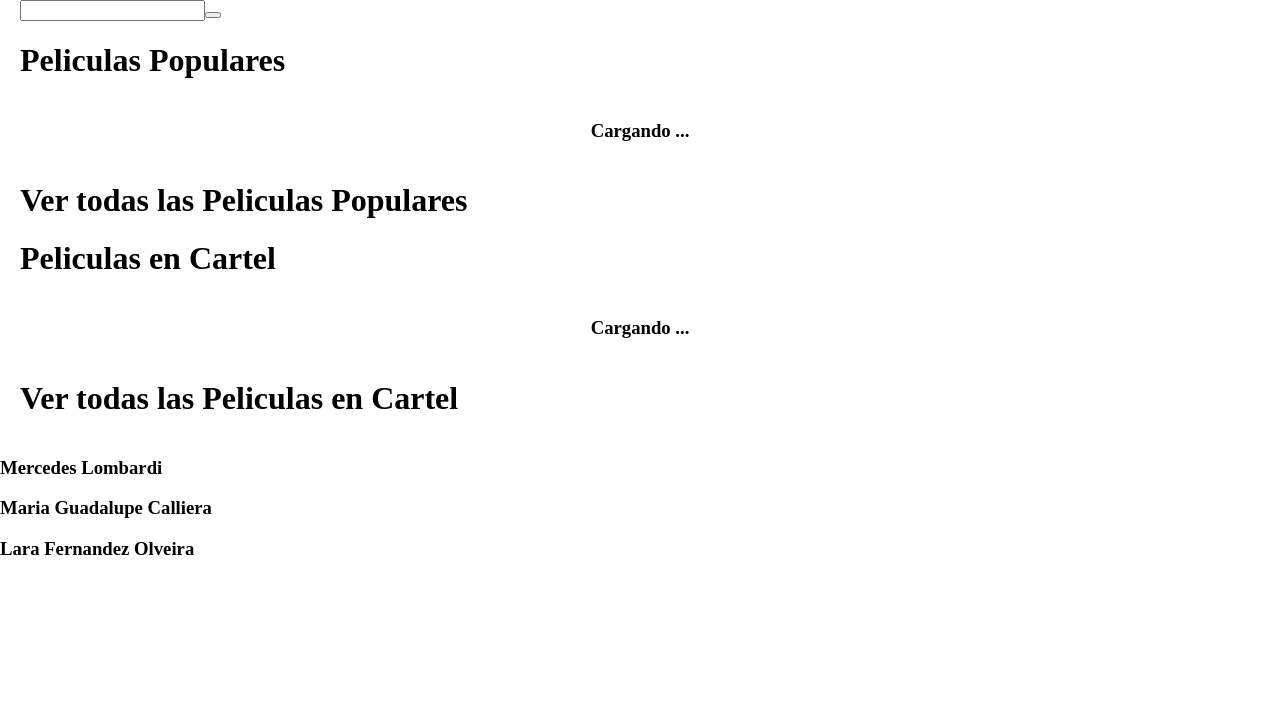
Repository: marucalliera/ProyectoIntegrador3
Page: / (app in progri/)
The author's editor kept a copy of each file at every save. The page is drawn from the files as they stood at one save, then again after a run of saves.
The browser window is 1280 px wide. The pictures show the whole page.
The page's requests for data from a server got no answer. Some web libraries are served in a nearby version. The project was rebuilt for these pictures with package versions that can differ from the ones it lists, and the page was loaded fresh each time. No one was signed in, and anything a server would have sent is missing. Also part of the build but not shown: progri/src/components/UnaPeliculaListado/UnaPeliculaListado.css, progri/src/components/UnaPeliculaListado/UnaPeliculaListado.js, progri/src/screens/Cartel/Cartel.js, progri/src/screens/Populares/Populares.js, progri/src/components/listadoFavoritos/listadoFavoritos.js, progri/src/screens/favoritos/favoritos.js, progri/src/screens/detallePel/detallePel.js, progri/src/components/Tarjeta/Tarjeta.css and 4 more.

Above is the page before, as saved 2022-09-12 15:08:00.

### progri/public/index.html
<!DOCTYPE html>
<html lang="en">
  <head>
    <meta charset="UTF-8">
    <meta http-equiv="X-UA-Compatible" content="IE=edge">
    <meta name="viewport" content="width=device-width, initial-scale=1.0">
    <!-- Custom fonts for this dashboard -->
    <link href="https://cdnjs.cloudflare.com/ajax/libs/font-awesome/5.12.1/css/all.min.css" rel="stylesheet">
    <link href="https://fonts.googleapis.com/css?family=Nunito:200,200i,300,300i,400,400i,600,600i,700,700i,800,800i,900,900i" rel="stylesheet">
    <link rel="stylesheet" href="./css/styles.css">
    <title>Home</title>

    <title>React App</title>
  </head>
  <body>
    <noscript>You need to enable JavaScript to run this app.</noscript>
    <div id="root"></div>

  </body>
</html>

### progri/src/index.js
import React from 'react';
import ReactDOM from 'react-dom/client';
import {BrowserRouter, Link, Route, Switch} from 'react-router-dom'
import App from './App';

const root = ReactDOM.createRoot(document.getElementById('root'));
root.render(
  <BrowserRouter>
    <App />
  </BrowserRouter>
);

### progri/src/App.js

import React from 'react'
import {Route, Switch} from 'react-router-dom'
import Navbar from './components/Navbar/Navbar';
import Footer from './components/Footer/Footer';
import Home from './screens/Home/Home';
import Cartel from './screens/Cartel/Cartel';
import Populares from './screens/Populares/Populares';
import Favoritos from './screens/favoritos/favoritos';
import detallePel from './screens/detallePel/detallePel';
import resultadoBusqueda from './screens/resultadoBusqueda/resultadoBusqueda';
import NotFound from './screens/NotFound/NotFound';

function App() {
  let apikey = '73bb2c441012fc5a8247a1d5cb33d69a'
  return (
    <React.Fragment>
      <header>
        <Navbar/>
      </header>

      <main>
        <Switch>

          <Route path='/' exact={true} component={Home} />
          <Route path='/favoritos' exact={true} component={Favoritos} />
          <Route path='/populares' exact={true} component={Populares} />
          <Route path='/cartelera' exact={true} component={Cartel} />
          <Route path='/unapelicula/id/:id' component={detallePel}/>
          <Route path='/busqueda/id/:id' component={resultadoBusqueda}/>
          <Route path='' component={NotFound} />

        </Switch>


      </main>

      <footer>
        <Footer/>
      </footer>
    </React.Fragment>

  );
}

export default App;

### progri/src/components/Footer/Footer.js
import React from 'react';
import './Footer.css'

function Footer(){
    return (
            <div id='footer'>
                <h3>Mercedes Lombardi</h3>
                <h3>Maria Guadalupe Calliera</h3>
                <h3>Lara Fernandez Olveira</h3>
            </div>
    )
}

export default Footer

### progri/src/screens/Home/Home.js
import React from "react";
import Listado from "../../components/Listado/Listado";
import Busqueda from "../../components/Busqueda/Busqueda";
import "./Home.css"


function Home() {
    return (
        <React.Fragment>
            <Busqueda/>
            <Listado  funcionalidades={{populares: true}} />
            <Listado  funcionalidades={{populares: false}} />

        </React.Fragment>

    );
}

export default Home;

### progri/src/components/Listado/Listado.js
import React, {Component} from 'react';
import UnaPeliculaListado from '../UnaPeliculaListado/UnaPeliculaListado';
import {Link} from 'react-router-dom';

let apikey = '73bb2c441012fc5a8247a1d5cb33d69a'
class Listado extends Component{
    constructor(props){
        super(props);
        this.state = {
            datos: '',
            pageNumber: 1,
        }
    }
    componentDidMount () {
        fetch(this.props.funcionalidades.populares ? `https://api.themoviedb.org/3/movie/popular?api_key=${apikey}&page=${this.state.pageNumber}` : `https://api.themoviedb.org/3/movie/now_playing?api_key=${apikey}&page=${this.state.pageNumber}`)
        .then(response=>response.json())
        .then(data=> {
           /*  console.log(data) */
            this.setState({datos: data.results, pageNumber: this.state.pageNumber + 1})
            })
        .catch(error=>console.log('El error fue: ' + error))
    }

    render () {
        /* console.log(this.props.funcionalidades) */
        return (
            <React.Fragment>
                <h1>{this.props.funcionalidades.populares ? 'Peliculas Populares' : 'Peliculas en Cartel'}</h1>

                <section className='card-container'>
                    {this.state.datos === '' ? <h3>Cargando ...</h3> :
                    this.state.datos.map((unaPelicula, idx) => <UnaPeliculaListado props={unaPelicula} key={idx} />)
                    }
                </section>
                <h1><Link to={this.props.funcionalidades.populares ? '/populares' : '/cartel'}> Ver todas las {this.props.funcionalidades.populares ? 'Peliculas Populares' : 'Peliculas en Cartel'} </Link></h1>
            </React.Fragment>
        )

    }
}

export default Listado;

### progri/src/components/Busqueda/Busqueda.js
//import { relativeTimeThreshold } from 'moment';
import React, {Component} from 'react';
import {Link} from 'react-router-dom';

class Busqueda extends Component{
    constructor(props){
        super(props);
        this.state = {
            input: '',
        }
    }
GuardarCambios (event){
    this.setState({input:event.target.value})
}
PrevenirCarga (event){
    event.preventDefault(

    )
}

    render () {
        return (
            <React.Fragment>
                <form onSubmit = {(e)=> this.prevenirCarga(e)}>
                    <input type='text' onChange = {(e) => this.GuardarCambios(e)} value = {this.state.input}/>
                    <Link to={`/busqueda/id/${this.state.input}`}><button type='submit'/></Link>

                </form>
            </React.Fragment>

        )

    }
}

export default Busqueda;

### progri/src/screens/Home/Home.css

 body {
    background-color: rgb(255, 255, 255);
}
.listadoPeliculas{
    display: flex;
    flex-wrap: wrap;
    justify-content: space-around;
}
.titulo {
    width: 100%;
    font-family: Verdana, Geneva, Tahoma, sans-serif;
    text-align: center;
    margin-left: 0%;
}

### progri/public/css/styles.css
/* Resets */
*{
    box-sizing: border-box;
  }
  ul,ol {
    padding: 0;
  }
  li {
    list-style-type:none;
  }
  a {
    text-decoration: none;
    color: #000;
  }
  body {
    margin: 0;
    background-color: #fff;
  }
  .App {
      text-align: center;
    }

    .App-logo {
      height: 40vmin;
      pointer-events: none;
    }

    @media (prefers-reduced-motion: no-preference) {
      .App-logo {
        animation: App-logo-spin infinite 20s linear;
      }
    }

    .App-header {
      background-color: #282c34;
      min-height: 100vh;
      display: flex;
      flex-direction: column;
      align-items: center;
      justify-content: center;
      font-size: calc(10px + 2vmin);
      color: white;
    }

    .App-link {
      color: #61dafb;
    }

    @keyframes App-logo-spin {
      from {
        transform: rotate(0deg);
      }
      to {
        transform: rotate(360deg);
      }
    }



  #root{
    display: flex;
    flex-direction: column;
  }

  .card-container {
    display: flex;
    flex-wrap: wrap;
    justify-content: space-around;
  }

  main {
    margin-right: 20px;
    margin-left: 20px;
  }

### progri/src/components/Navbar/Navbar.js
import React from 'react';
import './Navbar.css'


function Navbar () {
    function Footer(){
        return (
                <div id='footer'>
                    <h3>Mercedes Lombardi</h3>
                    <h3>Maria Guadalupe Calliera</h3>
                    <h3>Lara Fernandez Olveira</h3>
                </div>
        )
    }

}


export default Navbar

Loaded but not shown: progri/src/components/Footer/Footer.css (no stored copy; drawn as an empty file); progri/src/components/Navbar/Navbar.css (no stored copy; drawn as an empty file)

After the next 3 saves:
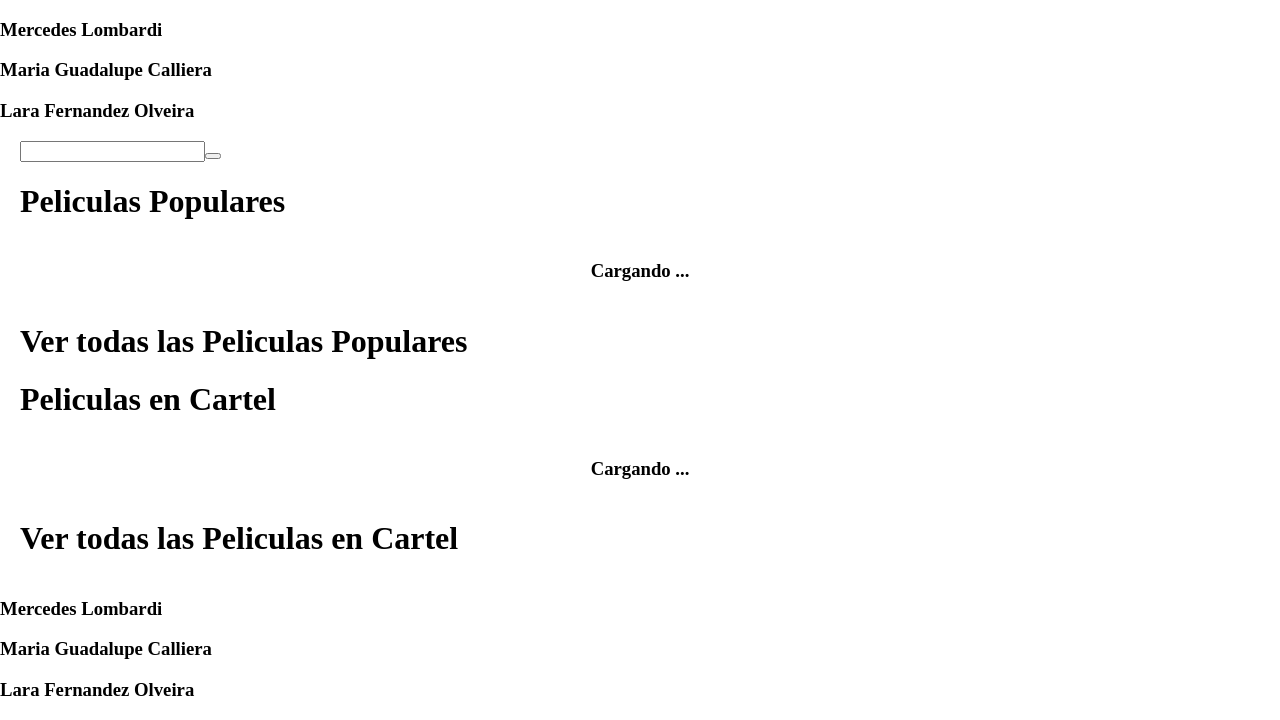
The 3 saves are shown as one change because 1 did not build or start and some came seconds apart.
The last was saved 11 s later.
--- a/progri/src/components/Navbar/Navbar.js
+++ b/progri/src/components/Navbar/Navbar.js
@@ -3,7 +3,7 @@
 
 
 function Navbar () {
-    function Footer(){
+
         return (
                 <div id='footer'>
                     <h3>Mercedes Lombardi</h3>
@@ -13,7 +13,7 @@
         )
     }
 
-}
+
 
 
 export default Navbar

After the 4 saves that followed:
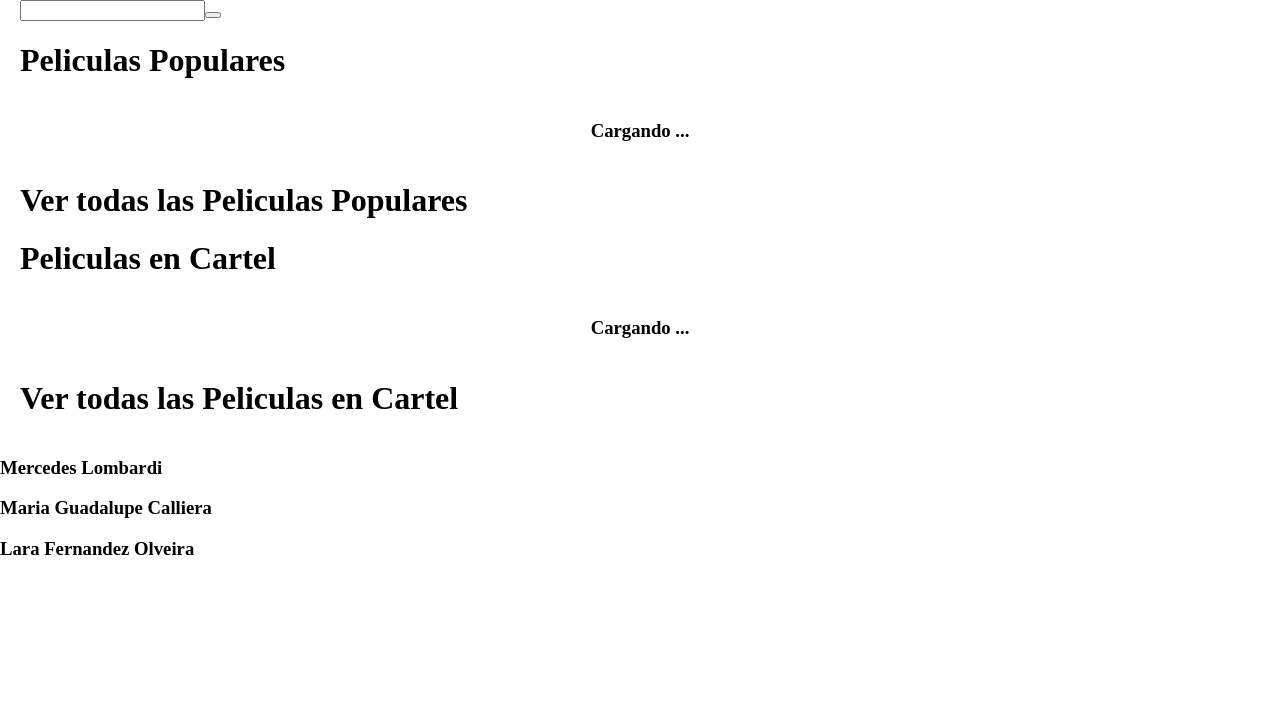
The 4 saves are shown as one change because 1 did not build or start and 2 left the picture as it was.
The last was saved 84 s later.
--- a/progri/src/components/Navbar/Navbar.js
+++ b/progri/src/components/Navbar/Navbar.js
@@ -4,13 +4,7 @@
 
 function Navbar () {
 
-        return (
-                <div id='footer'>
-                    <h3>Mercedes Lombardi</h3>
-                    <h3>Maria Guadalupe Calliera</h3>
-                    <h3>Lara Fernandez Olveira</h3>
-                </div>
-        )
+
     }
 
 
